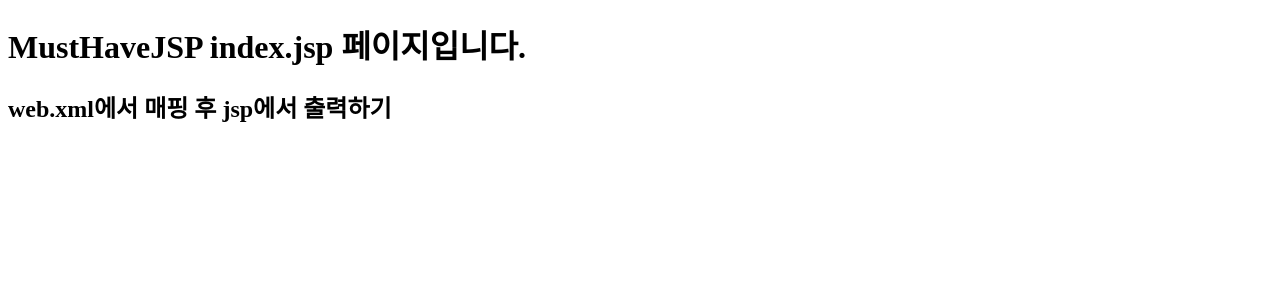
Repository: ahwaboin3/eclipse-workspace-jsp
Page: http://localhost/MustHaveJSP/
The author's editor kept a copy of each file at every save. The page is drawn from the files as they stood at one save, then again after the next save.
The browser window is 1280 px wide. The pictures show the whole page.
The page is served by Tomcat 10. Nobody is signed in. The application's start-up code is not run.

Above is the page before, as saved 2025-05-23 02:38:27.

After the next save:
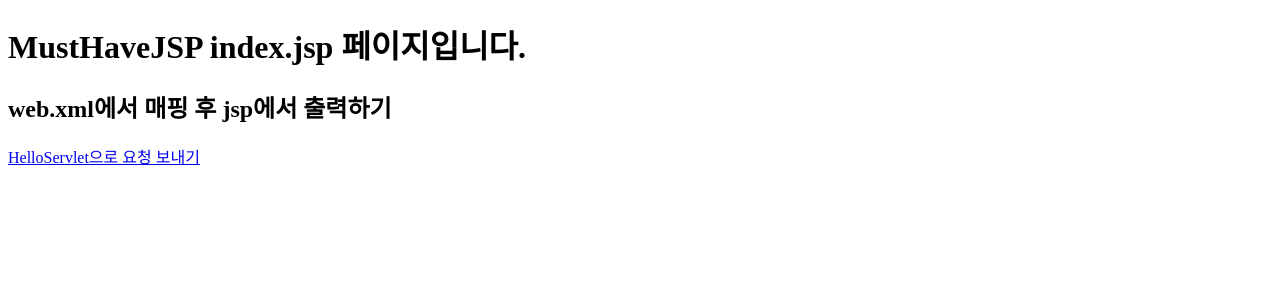
Saved 86 s later.
--- a/MustHaveJSP/src/main/webapp/index.jsp
+++ b/MustHaveJSP/src/main/webapp/index.jsp
@@ -10,5 +10,8 @@
 <body>
 	<h1>MustHaveJSP index.jsp 페이지입니다.</h1>
 	<h2>web.xml에서 매핑 후 jsp에서 출력하기</h2>
+	<div>
+		<a href="./h">HelloServlet으로 요청 보내기</a>
+	</div>
 </body>
 </html>
